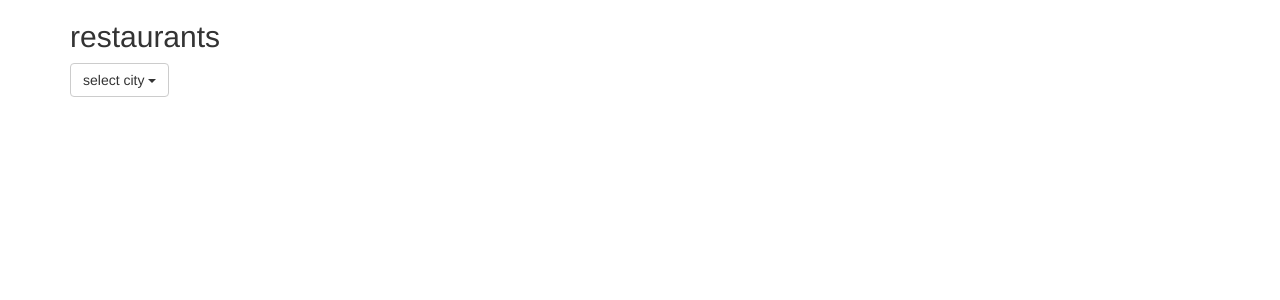
Repository: ganz-95/Denuvo-final
Page: http://localhost/restaurant/
The author's editor kept a copy of each file at every save. The page is drawn from the files as they stood at one save, then again after the next save.
The browser window is 1280 px wide. The pictures show the whole page.
Some web libraries are served in a nearby version. The page is served by Tomcat 9.

Above is the page before, as saved 2017-01-23 14:46:04.

After the next save:
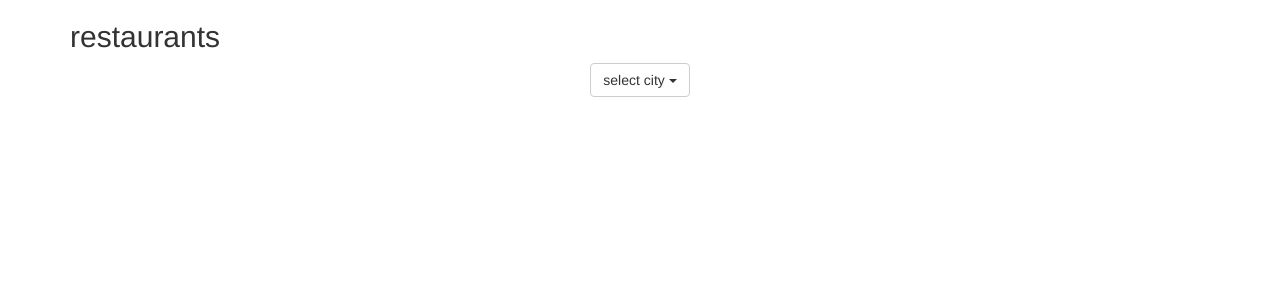
Saved 25 s later.
--- a/workspace/restaurant/src/main/webapp/index.jsp
+++ b/workspace/restaurant/src/main/webapp/index.jsp
@@ -11,7 +11,7 @@
 <div class="container">
   <h2>restaurants</h2>
 
-  <div class="dropdown">
+  <div class="dropdown" align="center">
     <button class="btn btn-default dropdown-toggle" type="button" data-toggle="dropdown">select city
     <span class="caret"></span></button>
     <ul class="dropdown-menu">
